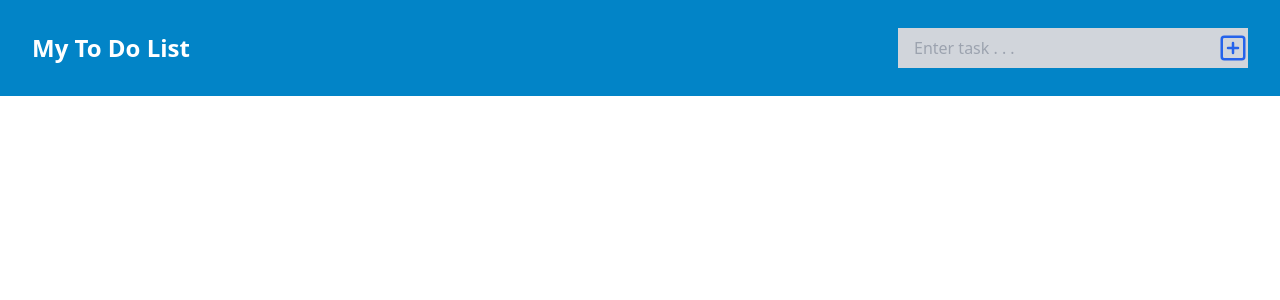
Repository: SaadYasin/react-to-do-list
Page: /
These files come from the project's save history. The page is drawn as it stood at one moment and after a run of saves; the edit follows.
The browser window is 1280 px wide. The pictures show the whole page.
The project was rebuilt for these pictures with package versions that can differ from the ones it lists, and the page was loaded fresh each time. Also part of the build but not shown: src/App.css.

Above is the page before, as saved 2022-11-09 15:49:48.

### public/index.html
<!DOCTYPE html>
<html lang="en">
  <head>
    <meta charset="utf-8" />
    <link rel="icon" href="%PUBLIC_URL%/favicon.ico" />
    <meta name="viewport" content="width=device-width, initial-scale=1" />
    <meta name="theme-color" content="#000000" />
    <meta
      name="description"
      content="Web site created using create-react-app"
    />
    <link rel="apple-touch-icon" href="%PUBLIC_URL%/logo192.png" />

    <link rel="manifest" href="%PUBLIC_URL%/manifest.json" />

    <title>React | To Do List</title>
  </head>
  <body>
    <noscript>You need to enable JavaScript to run this app.</noscript>
    <div id="root"></div>

  </body>
</html>

### src/App.js
import Header from './components/Header';
import './App.css';

function App() {
  return (
    <div>
      <Header />
    </div>
  );
}

export default App;

### src/components/Header.js
import React from 'react'
import Input from './Input'

const Header = () => {
  return (
    <div className="flex flex-col items-center md:flex-row md:justify-between h-24 bg-sky-600 px-8">
      <h1 className="text-2xl font-bold text-white my-2">My To Do List</h1>
      <Input />
    </div>
  );
}

export default Header

### src/components/Input.js
import React from 'react'
import { FiPlusSquare } from "react-icons/fi";

const Input = () => {
  return (
    <div>
      <form className="flex h-10 bg-gray-300">
        <input type="text" placeholder='Enter task . . .' className="bg-transparent px-4 w-80"/>
        <button className="text-3xl text-blue-600" type='submit'><FiPlusSquare /></button>
      </form>
    </div>
  )
}

export default Input

Loaded but not shown: src/index.js (common file); src/index.css (common file); tailwind.config.js (common file)

After the next 3 saves:
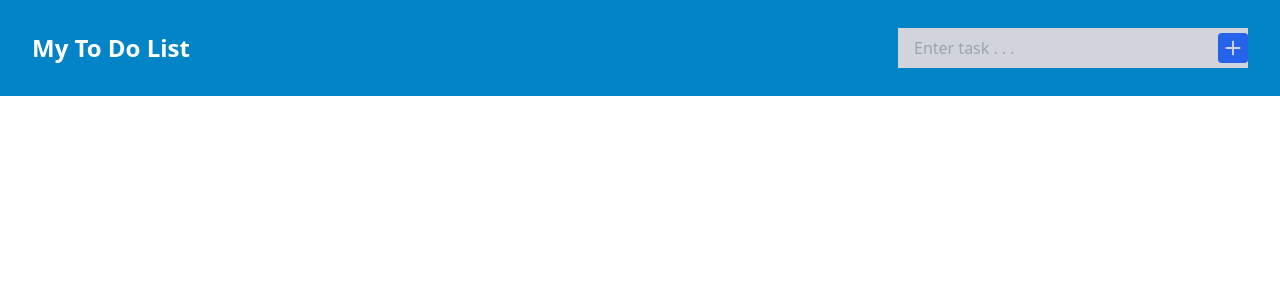
The 3 saves are shown as one change because 2 did not build or start.
The last was saved 65 s later.
--- a/src/components/Input.js
+++ b/src/components/Input.js
@@ -1,15 +1,21 @@
 import React from 'react'
-import { FiPlusSquare } from "react-icons/fi";
+import { BsFillPlusSquareFill } from "react-icons/bs";
 
 const Input = () => {
   return (
     <div>
       <form className="flex h-10 bg-gray-300">
-        <input type="text" placeholder='Enter task . . .' className="bg-transparent px-4 w-80"/>
-        <button className="text-3xl text-blue-600" type='submit'><FiPlusSquare /></button>
+        <input
+          type="text"
+          placeholder="Enter task . . ."
+          className="bg-transparent px-4 w-80"
+        />
+        <button className="text-3xl text-blue-600" type="submit">
+          <BsFillPlusSquareFill />
+        </button>
       </form>
     </div>
-  )
+  );
 }
 
 export default Input
